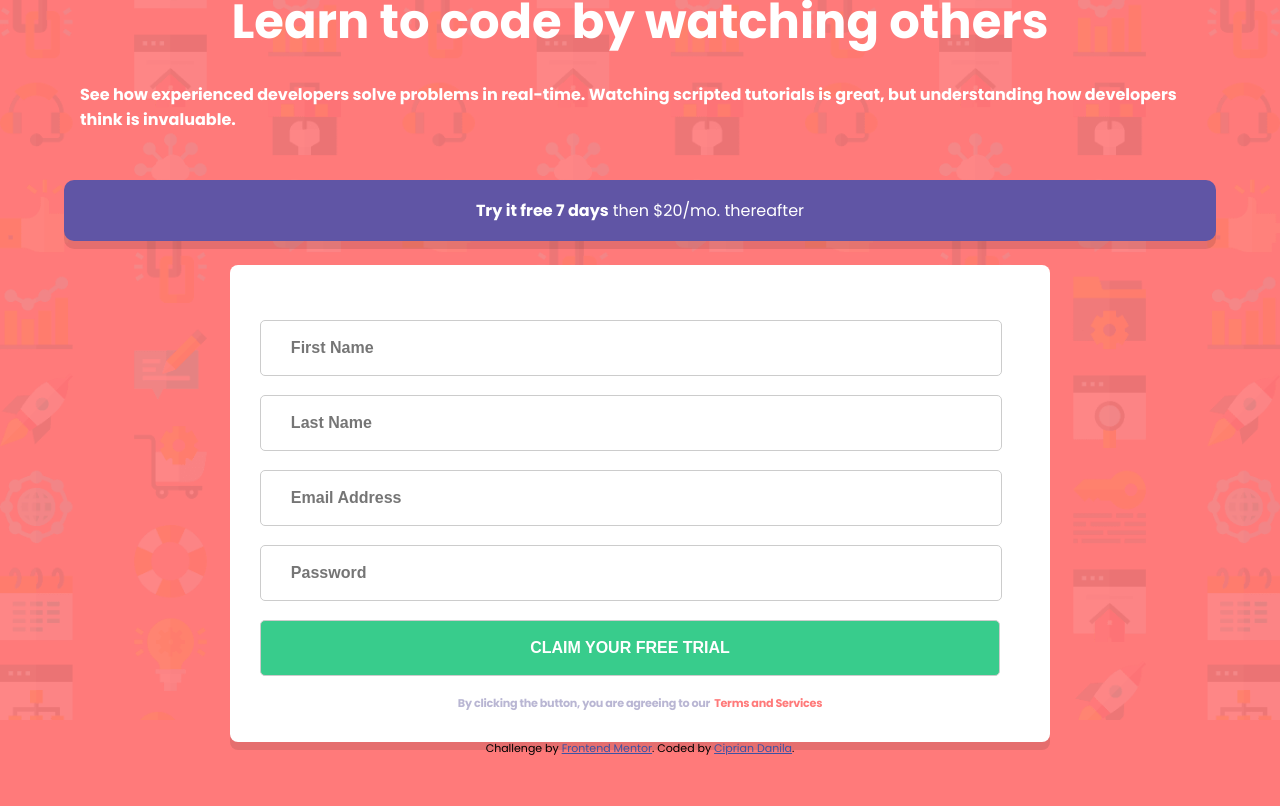
Repository: cipdanila/intro-component-with-sign-up-form
Page: index.html
An editor plug-in stored every save of this project. The page is shown before and after the next save, followed by the edit.
The browser window is 1280 px wide. The pictures show the whole page.

Above is the page before, as saved 2024-02-14 16:47:21.

After the next save:
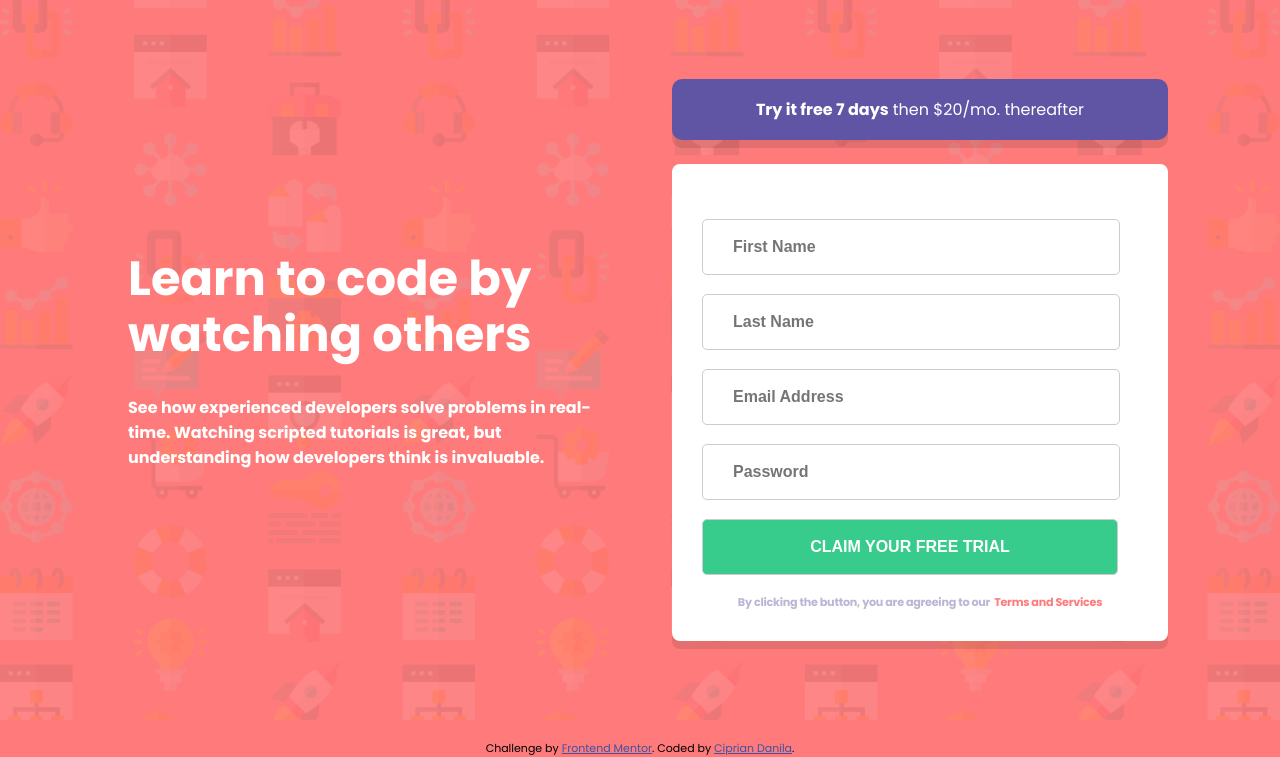
Saved 42 s later.
--- a/styles.css
+++ b/styles.css
@@ -211,7 +211,7 @@
     color: hsl(228, 45%, 44%);
 }
 
-@media screen and (max-width: 1440px) {
+/* @media screen and (max-width: 1440px) {
     .container {
         flex-direction: column;
         padding: 3rem;
@@ -220,7 +220,7 @@
         width: 100%;
         padding: 1rem;
     }
-}
+} */
 
 @media screen and (max-width: 375px) {
     .form {

After the save that followed:
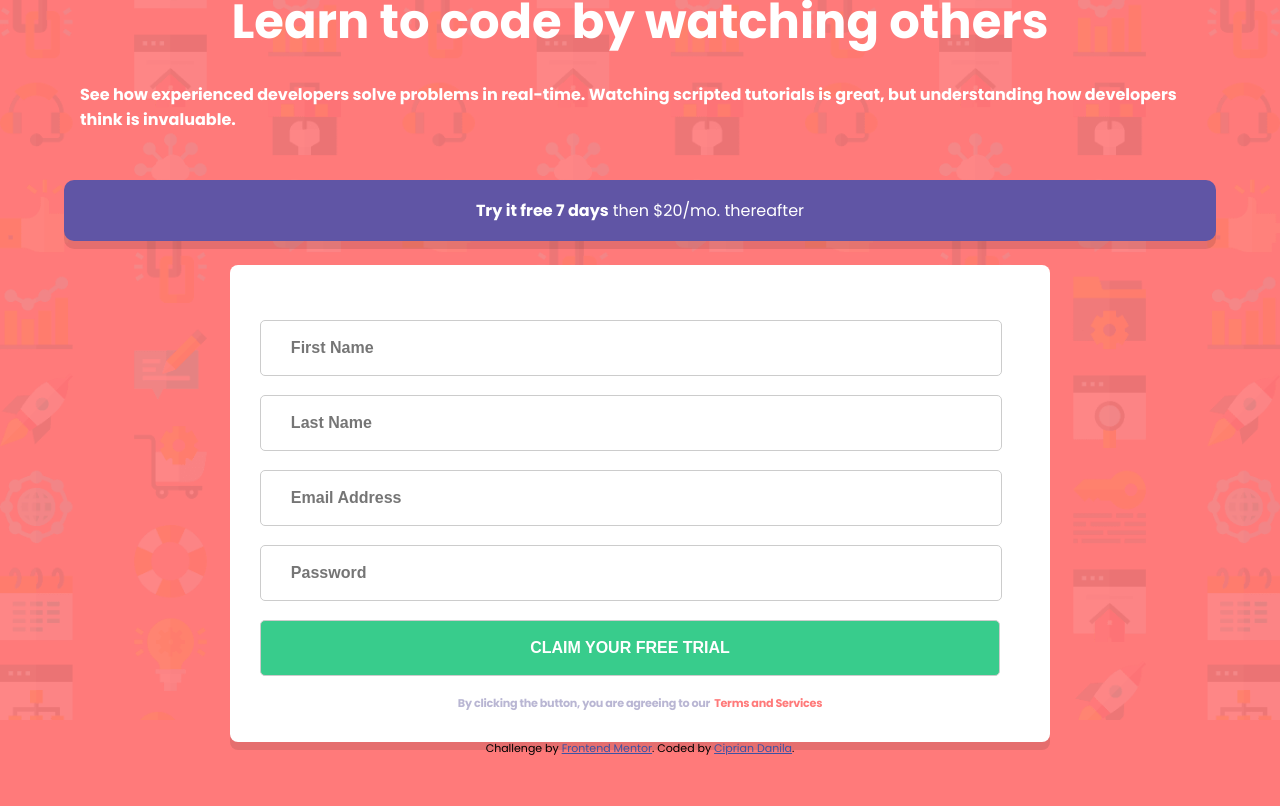
Saved 44 s later.
--- a/styles.css
+++ b/styles.css
@@ -211,7 +211,7 @@
     color: hsl(228, 45%, 44%);
 }
 
-/* @media screen and (max-width: 1440px) {
+@media screen and (max-width: 1440px) {
     .container {
         flex-direction: column;
         padding: 3rem;
@@ -220,7 +220,7 @@
         width: 100%;
         padding: 1rem;
     }
-} */
+}
 
 @media screen and (max-width: 375px) {
     .form {
